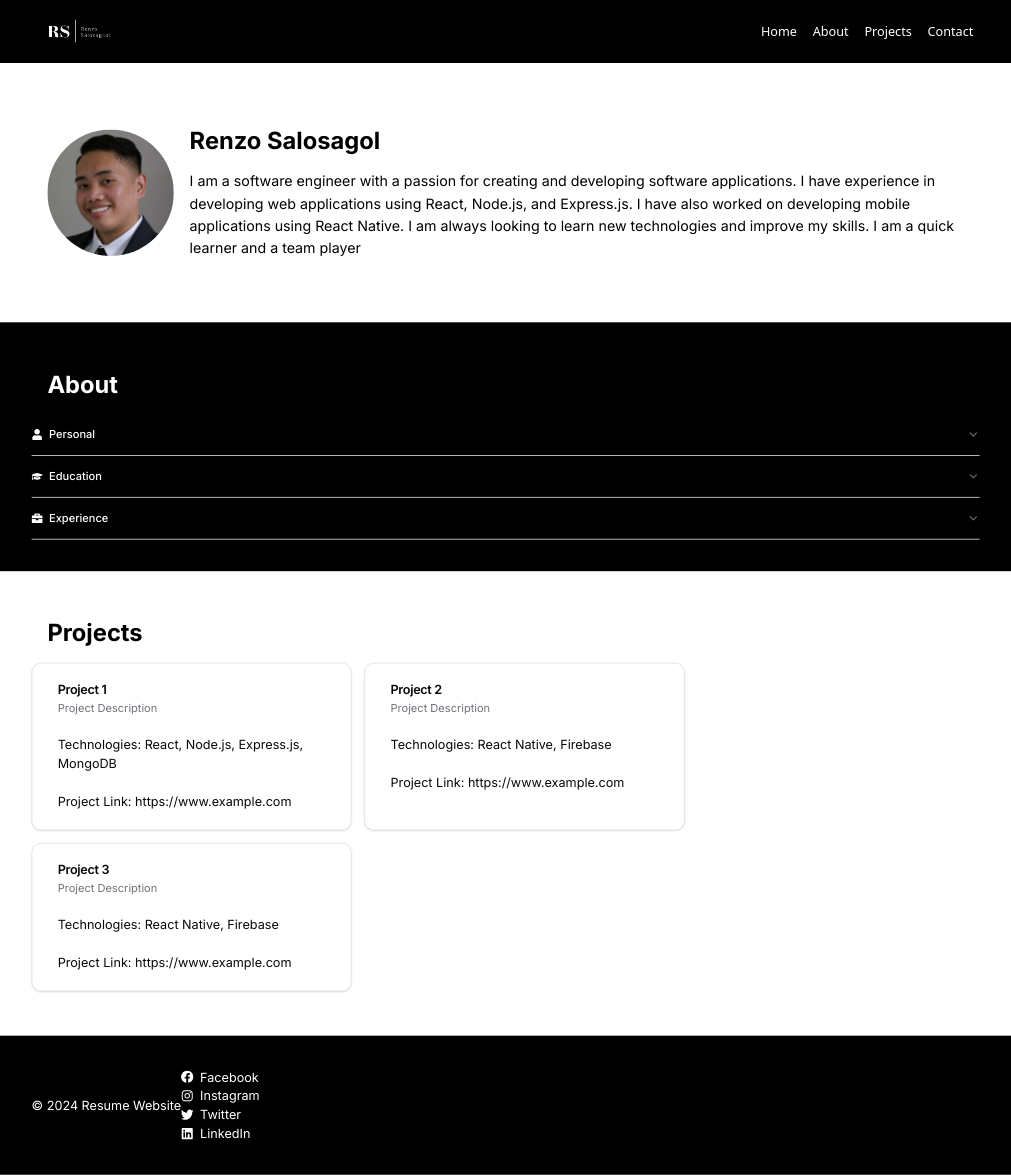
Repository: Renzo-Salosagcol/Portfolio-Website
Page: / (app in resume_website/)
An editor plug-in stored every save of this project. The page is shown before and after the next save, followed by the edit.
The browser window is 1280 px wide. The pictures show the whole page, at 79% of full size.
The project was rebuilt for these pictures with package versions that can differ from the ones it lists, and the page was loaded fresh each time. Also part of the build but not shown: resume_website/vite.config.js.

Above is the page before, as saved 2024-12-11 16:31:38.

After the next save:
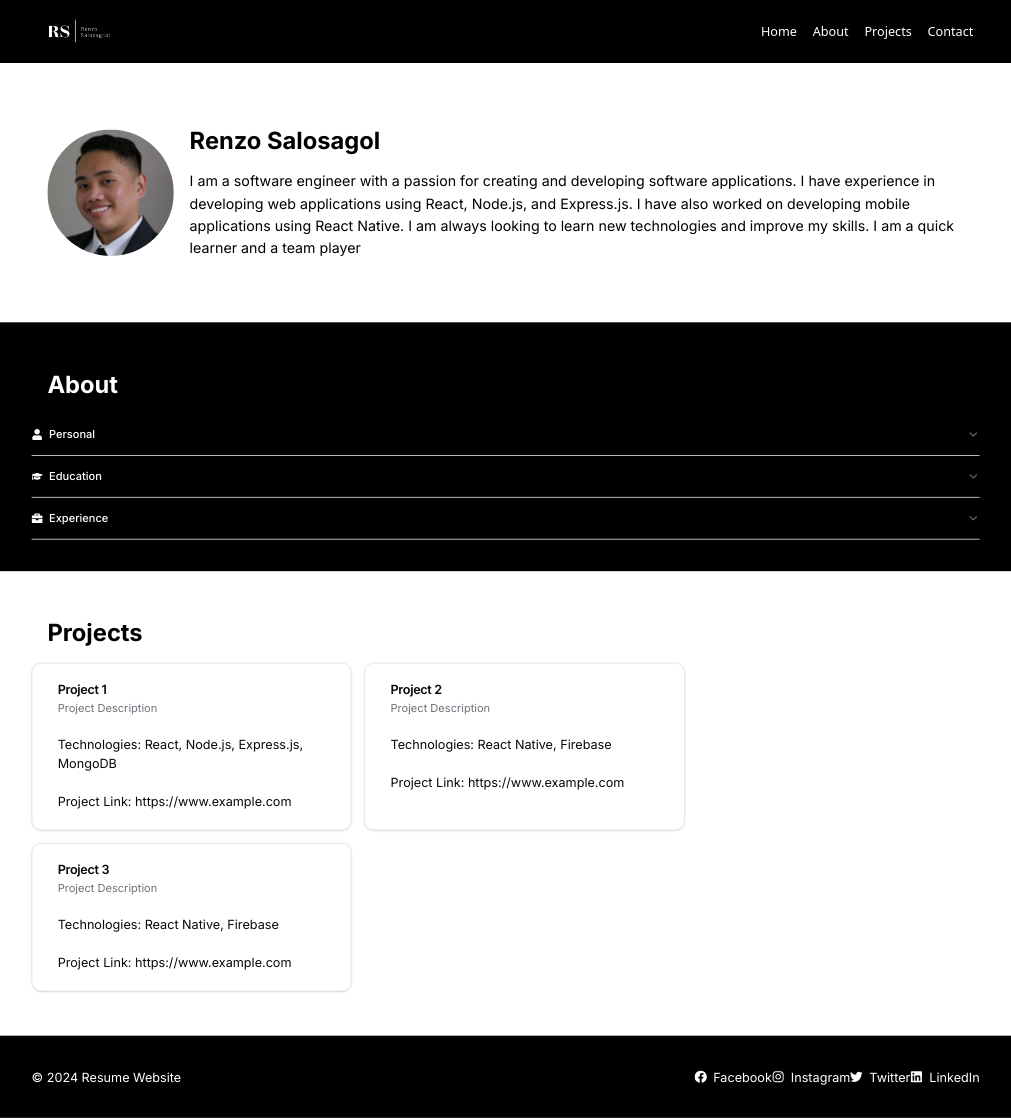
Saved 6 s later.
--- a/resume_website/src/components/footer.jsx
+++ b/resume_website/src/components/footer.jsx
@@ -4,7 +4,7 @@ const Footer = () => {
   return (
     <footer className="bg-black text-white p-10 flex items-center">
       <p className='flex-shrink-0'>© 2024 Resume Website</p>
-      <ul className='block flex-1 justify-end'>
+      <ul className='flex flex-1 justify-end'>
         <li className='flex items-center'>
           <FaFacebook />
           <div className='ml-2'>Facebook</div>
